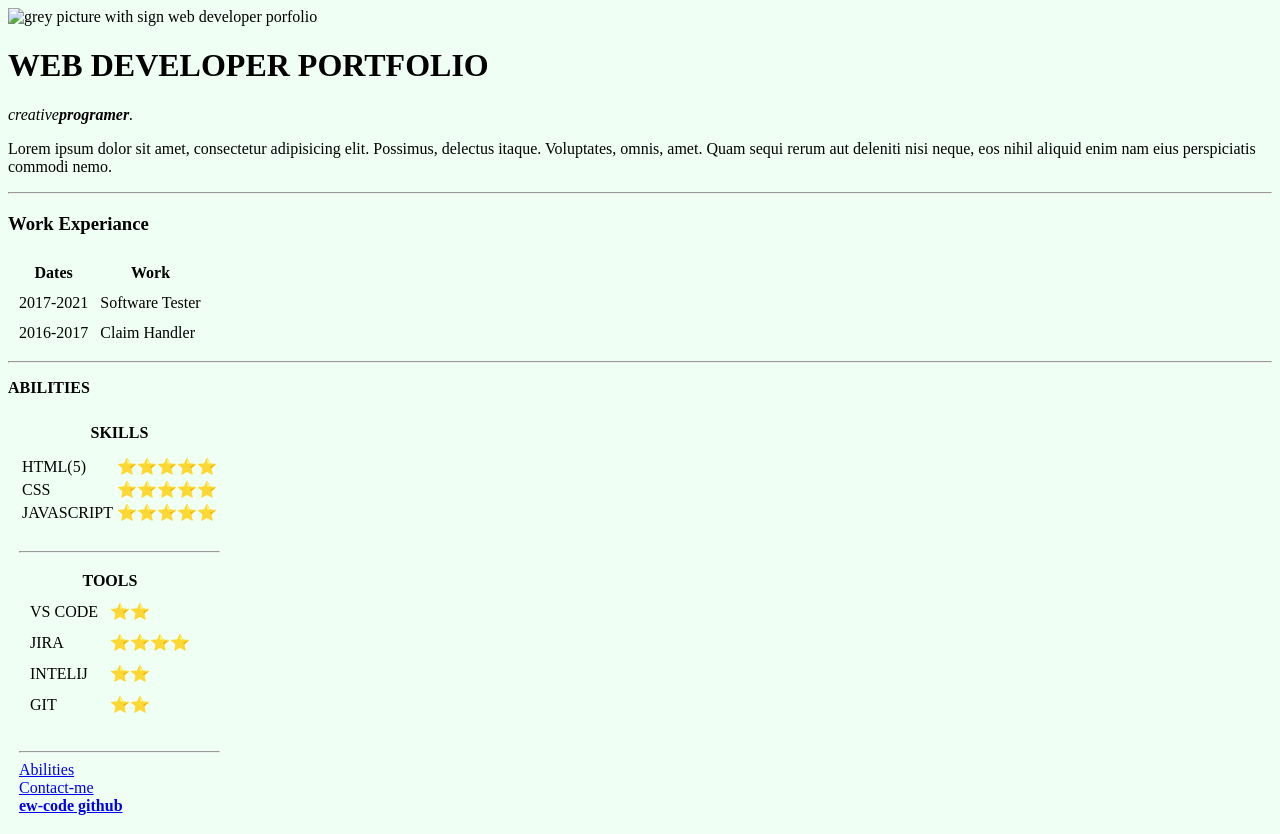
Repository: ew-code/Web-Development
Page: HTML - Personal Site/index.html
An editor plug-in stored every save of this project. The page is shown before and after a run of saves, followed by the edit.
The browser window is 1280 px wide. The pictures show the whole page.

Above is the page before, as saved 2021-01-05 21:29:33.

### HTML - Personal Site/index.html
<!DOCTYPE html>
<html lang="en" dir="ltr">

<style>

   body {
      background-color: #f0fff3;
   }

   hr {
     background-color: white;
     bor
   }
</style>


<head>
  <meta charset="utf-8"> <!-- dopracować meta description dla silników wyszukiwarek-->
  <title>ew-code</title>
</head>

<body
  <table cellspacing="20">
    <tr>
      <td><img src="" alt="grey picture with sign web developer porfolio"></td>
      <td>
        <h1>WEB DEVELOPER PORTFOLIO</h1>
      </td>
      <td>
        <p><em>creative<strong>programer</strong>.</em></p>
        <p>Lorem ipsum dolor sit amet, consectetur adipisicing elit. Possimus, delectus itaque. Voluptates, omnis, amet.
          Quam sequi rerum aut deleniti nisi neque, eos nihil aliquid enim nam eius perspiciatis commodi nemo.</p>
      </td>
    </tr>
  </table>

  <hr>

  <h3>Work Experiance</h3>
  <table cellspacing="10">
    <thead>
      <tr>
        <th>Dates</th>
        <th>Work</th>
      </tr>
    </thead>
    <tbody>
      <tr>
        <td>2017-2021</td>
        <td>Software Tester</td>
      </tr>
    </tbody>
    <tbody>
      <tr>
        <td>2016-2017</td>
        <td>Claim Handler</td>
      </tr>
    </tbody>
  </table>
  <hr>

    <p><strong>ABILITIES</strong></p>

  <table cellspacing="10">
    <thead>
      <tr>
        <th colspan="2">SKILLS</th>
      </tr>
    </thead>
    <tr>
      <td>
        <table>
          <tr>
            <td>HTML(5)</td>
            <td>⭐⭐⭐⭐⭐</td>
          </tr>
          <tr>
            <td>CSS</td>
            <td>⭐⭐⭐⭐⭐</td>
          </tr>
          <tr>
            <td>JAVASCRIPT</td>
            <td>⭐⭐⭐⭐⭐</td>
          </tr>
        </table>

        <br>
      <hr>
        <table cellspacing="10">
          <thead>
            <tr>
              <th colspan="2">TOOLS</th>
            </tr>
          </thead>
          <tbody>
            <tr>
              <td>VS CODE</td>
              <td>⭐⭐</td>
            </tr>
            <tr>
              <td>JIRA</td>
              <td>⭐⭐⭐⭐</td>
            </tr>
            <tr>
              <td>INTELIJ</td>
              <td>⭐⭐</td>
            </tr>
            <tr>
              <td>GIT</td>
              <td>⭐⭐</td>
            </tr>
          </tbody>
        </table>
  <br>
  <hr>
  <a href="abilities.html">Abilities</a>
  <br>
  <a href="contact.html">Contact-me</a>
  <br>
  <strong><a href="https://github.com/ew-code">ew-code github</a></strong>
</body>

</html>

After the next 5 saves:
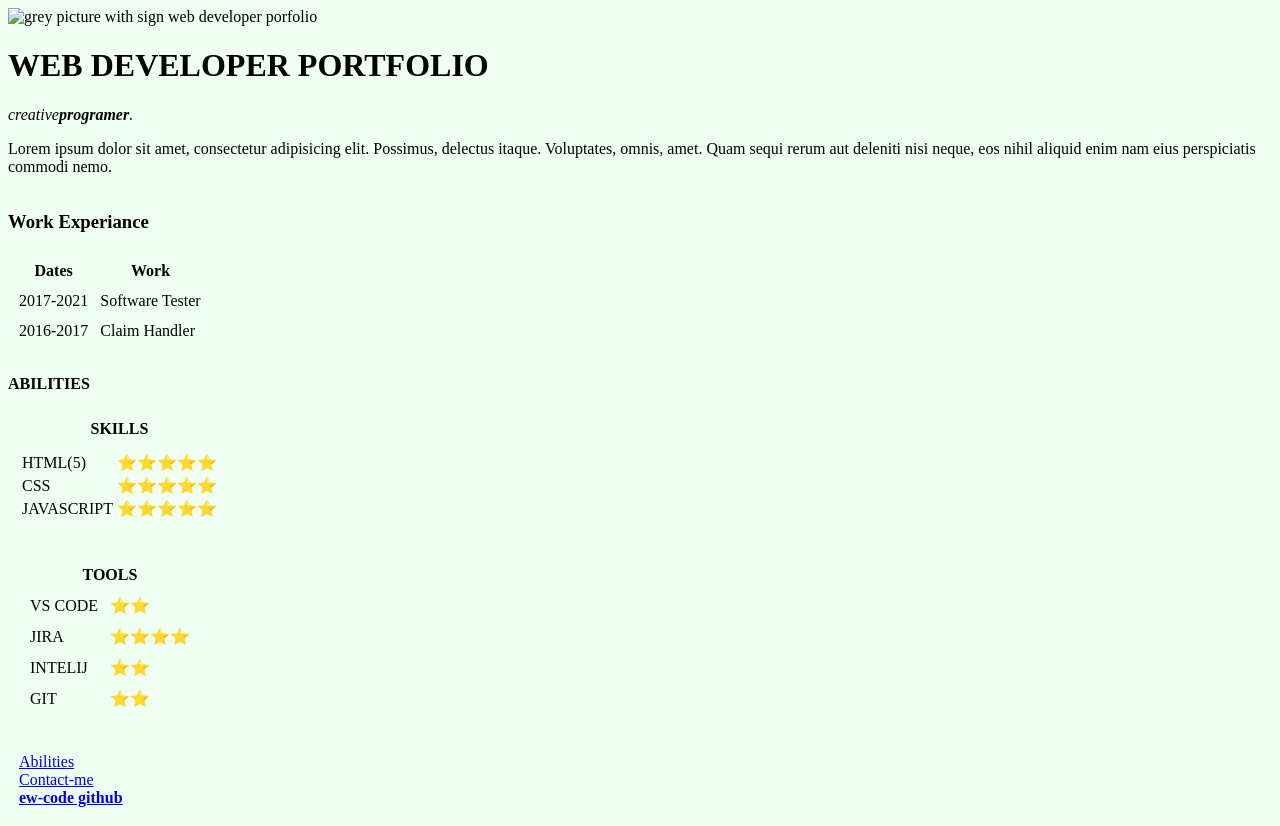
The 5 saves are shown as one change because they came seconds apart.
The last was saved 19 s later.
--- a/HTML - Personal Site/index.html
+++ b/HTML - Personal Site/index.html
@@ -9,7 +9,7 @@
 
    hr {
      background-color: white;
-     bor
+     border-style: none;
    }
 </style>
 
